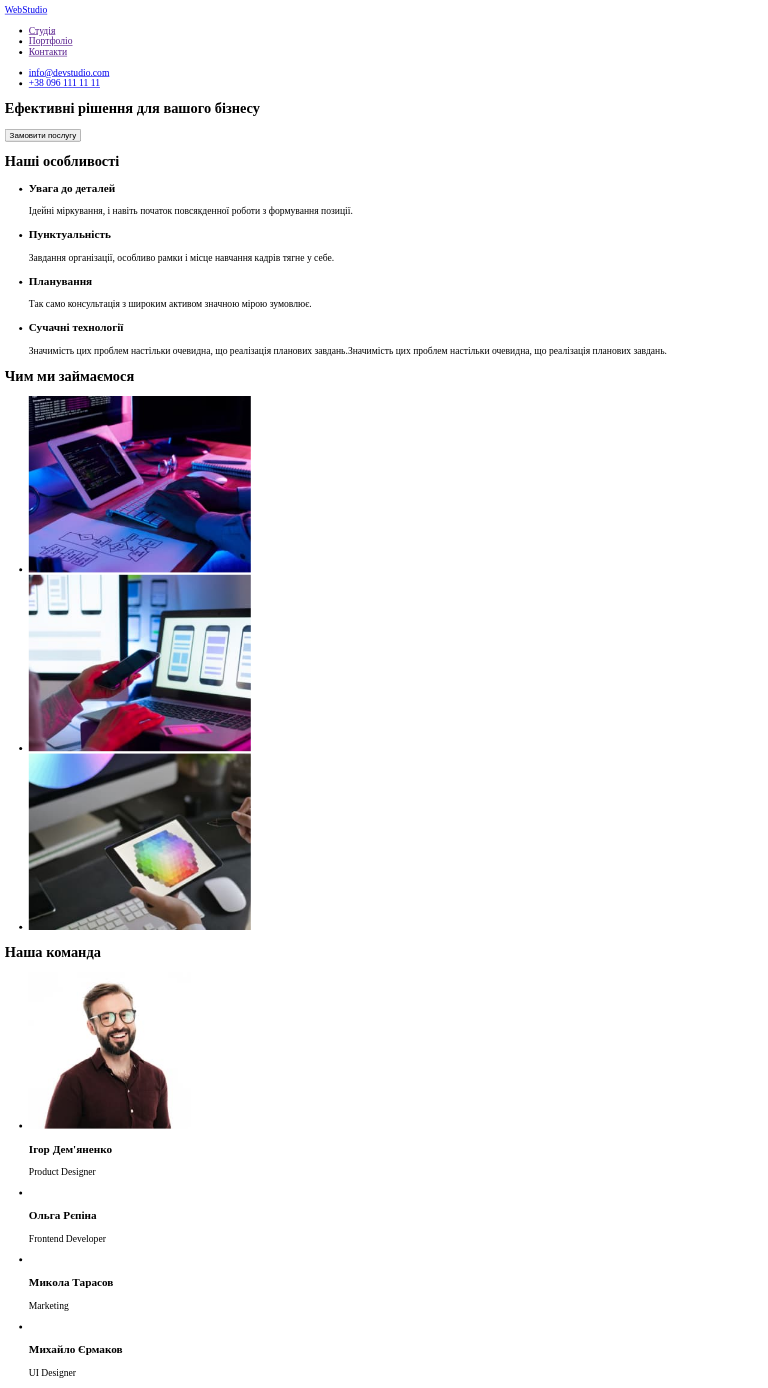
Repository: Mariia2811/goit-markup-hw-03
Page: index.html
These files come from the project's save history. The page is drawn as it stood at one moment and after a run of saves; the edit follows.
The browser window is 1280 px wide. The pictures show the whole page, at 60% of full size.

Above is the page before, as saved 2022-11-16 17:35:14.

After the next 2 saves:
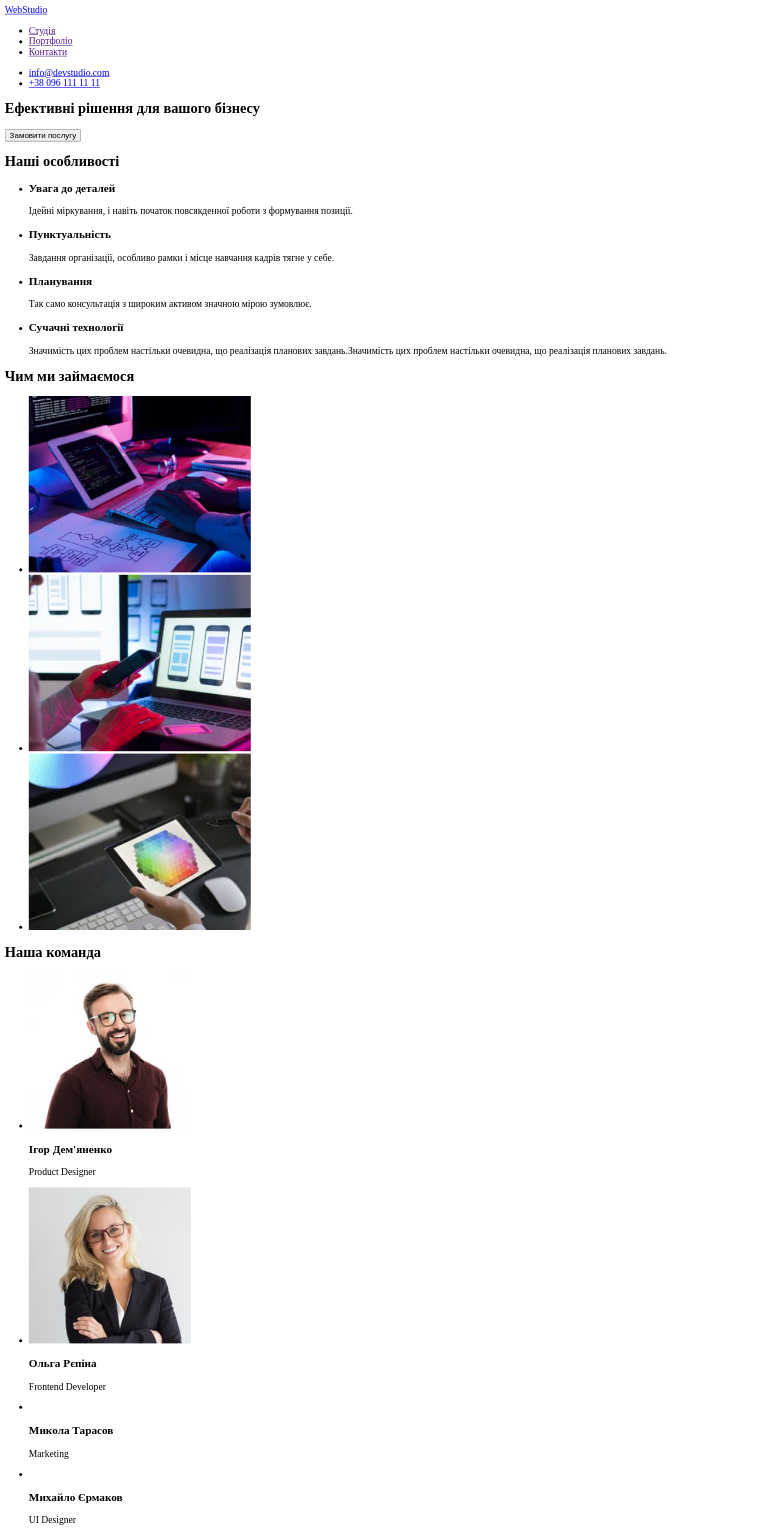
The 2 saves are shown as one change because they came seconds apart.
The last was saved 8 s later.
--- a/index.html
+++ b/index.html
@@ -64,7 +64,7 @@
                     <p>Product Designer</p>
                 </li>
                 <li>
-                    <img src="" alt="">
+                    <img src="./images/developer.jpg" alt="">
                     <h3>Ольга Рєпіна</h3>
                     <p>Frontend Developer</p>
                 </li>
